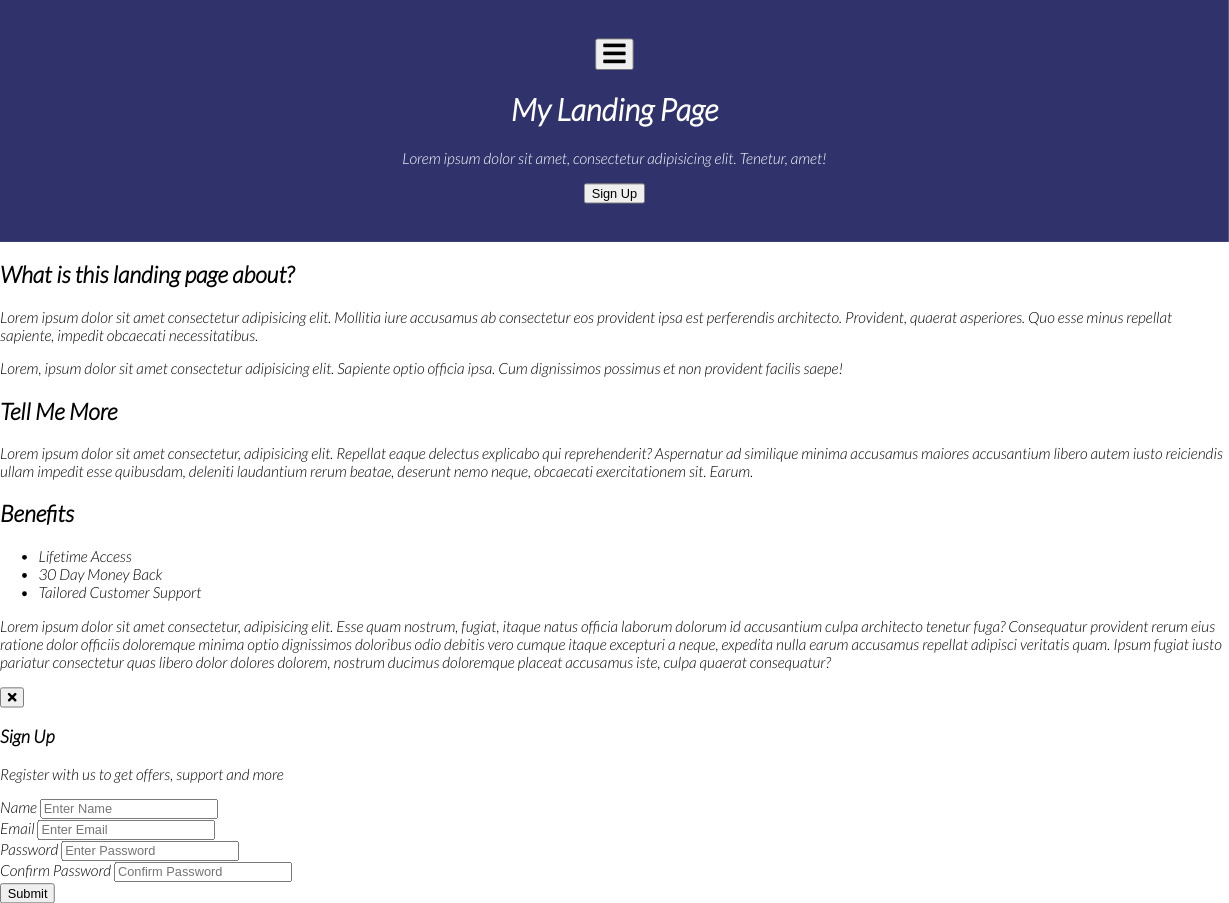
Repository: CAMPSLOPY/MenuSliderWithLandingPage
Page: index.html
These files come from the project's save history. The page is drawn as it stood at one moment and after the next save; the edit follows.
The browser window is 1280 px wide. The pictures show the whole page, at 96% of full size.
Some web libraries are served in a nearby version.

Above is the page before, as saved 2021-01-21 14:24:05.

After the next save:
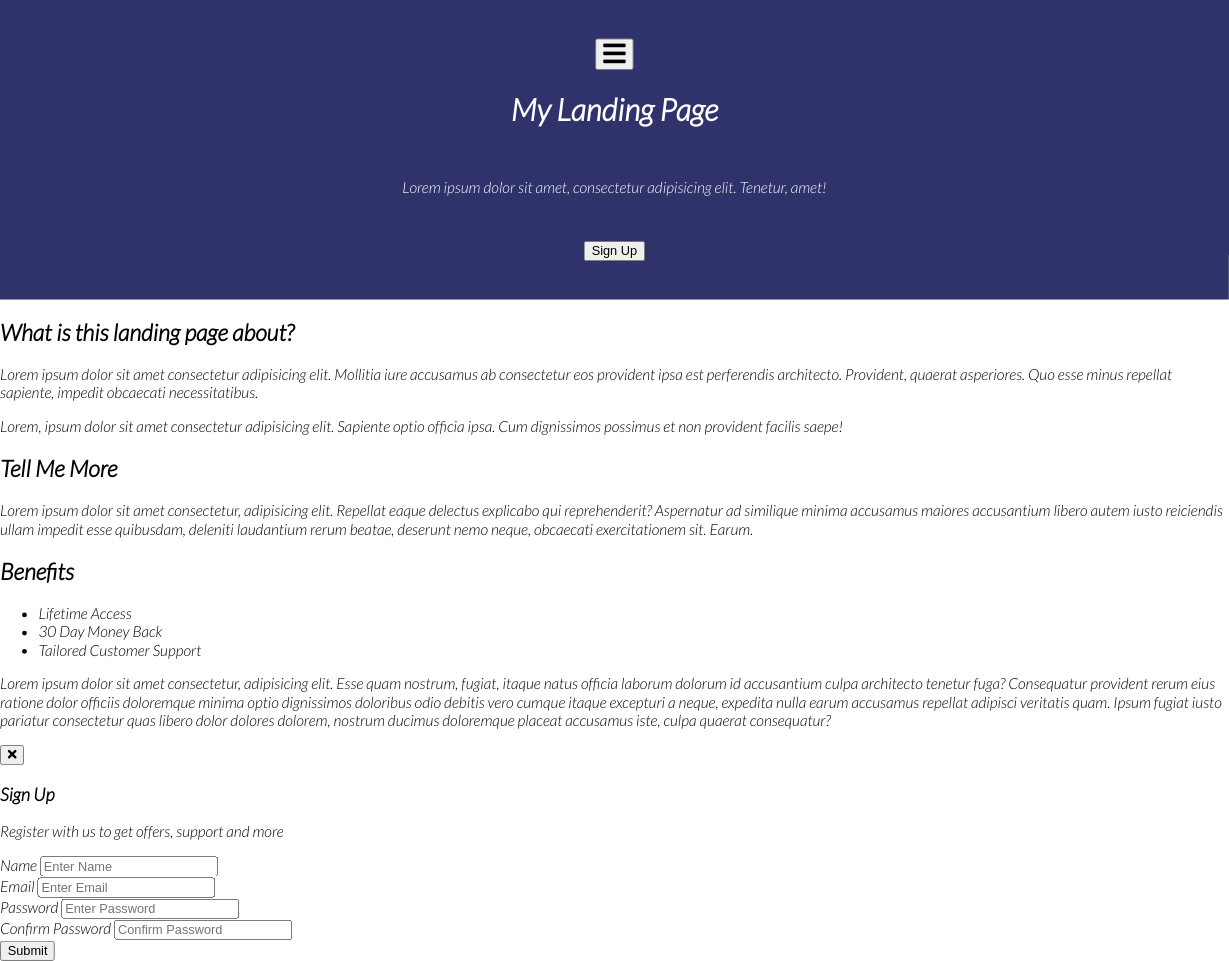
Saved 6 s later.
--- a/styles.css
+++ b/styles.css
@@ -72,5 +72,5 @@ header {
   padding: 2.5rem 0.9375rem;
 }
 header p{
-    padding: ;
+    padding: 30px 0;
 }
